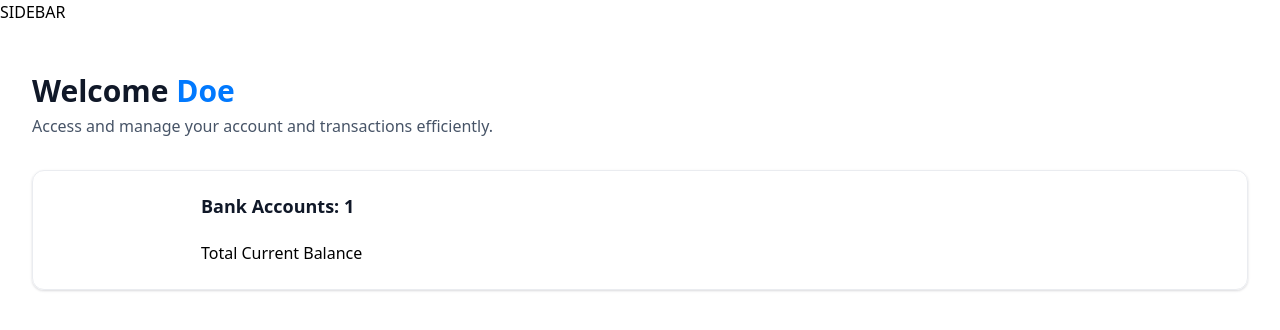
Repository: akinolapo/creditcraze
Page: /
An editor plug-in stored every save of this project. The page is shown before and after a run of saves, followed by the edit.
The browser window is 1280 px wide. The pictures show the whole page.
The project was rebuilt for these pictures with package versions that can differ from the ones it lists, and the page was loaded fresh each time. The framework's server and built-in components were replaced by stand-ins that run in the browser. Also part of the build but not shown: next.config.mjs.

Above is the page before, as saved 2024-06-26 14:09:19.

### app/layout.tsx
import type { Metadata } from "next";
import { Inter, IBM_Plex_Serif } from "next/font/google";
import "./globals.css";

const inter = Inter({ subsets: ["latin"], variable: '--font-inter' });
const ibmPlexSerif = IBM_Plex_Serif({
  subsets: ['latin'],
  weight: ['400', '700'],
  variable: '--font-ibm-plex-serif'
})

export const metadata: Metadata = {
  title: "CreditCraze",
  description: "CreditCraze is a modern banking platform for everyone.",
  icons: {
    icon: '/icons/logo.svg'
  }
};

export default function RootLayout({
  children,
}: Readonly<{
  children: React.ReactNode;
}>) {
  return (
    <html lang="en">
      <body className={`${inter.variable} ${ibmPlexSerif.variable}`}>{children}</body>
    </html>
  );
}

### app/(root)/page.tsx
import HeaderBox from '@/components/HeaderBox'
import TotalBalanceBox from '@/components/TotalBalanceBox';
import React from 'react'

const Home = () => {
  const loggedIn = { firstName: 'Doe'};
  return (
    <section className="home">
      <div className="home-content">
        <header className="home-header">
          <HeaderBox
            type="greeting"
            title="Welcome"
            user={loggedIn?.firstName || 'Guest'}
            subtext="Access and manage your account and transactions efficiently."
          />

          <TotalBalanceBox
            accounts={[]}
            totalBanks={1}
            totalCurrentBalance={1250.35}
          />

        </header>
      </div>
    </section>
  )
}

export default Home

### components/HeaderBox.tsx
const HeaderBox = ({ type="title", title, subtext, user}: HeaderBoxProps) => {
  return (
    <div className="header-box">
        <h1 className="header-box-title">
            {title}
            {type === 'greeting' && (
                <span className="text-bankGradient">
                    &nbsp;{user}
                </span>
            )}
        </h1>
        <p className="header-box-subtext">{subtext}</p>
    </div>
  )
}

export default HeaderBox

### components/TotalBalanceBox.tsx
import React from 'react'

const TotalBalanceBox = ({
  accounts= [], totalBanks, totalCurrentBalance
}:TotlaBalanceBoxProps) => {
  return (
    <section className="total-balance">
      <div className="total-balance-chart">
        {/* DoughnutChart */}
      </div>
      <div className="flex flex-col gap-6">
        <h2 className="header-2">
          Bank Accounts: {totalBanks}
        </h2>
        <div className="flex flex-col gap-2">
          <p className="total-">
            Total Current Balance
          </p>
        </div>
      </div>
    </section>
  )
}

export default TotalBalanceBox

Loaded but not shown: app/(root)/layout.tsx (common file); app/globals.css (common file); tailwind.config.ts (common file)

After the next 2 saves:
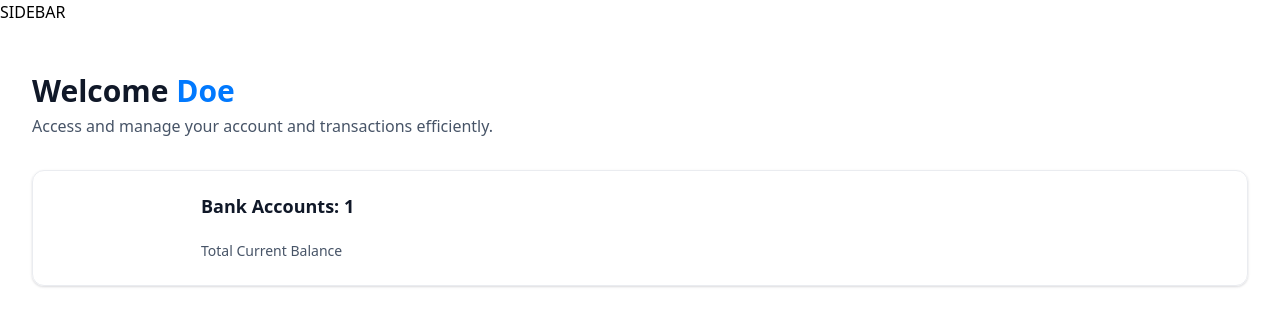
The 2 saves are shown as one change because they came seconds apart.
The last was saved 8 s later.
--- a/components/TotalBalanceBox.tsx
+++ b/components/TotalBalanceBox.tsx
@@ -13,7 +13,7 @@ const TotalBalanceBox = ({
           Bank Accounts: {totalBanks}
         </h2>
         <div className="flex flex-col gap-2">
-          <p className="total-">
+          <p className="total-balance-label">
             Total Current Balance
           </p>
         </div>
